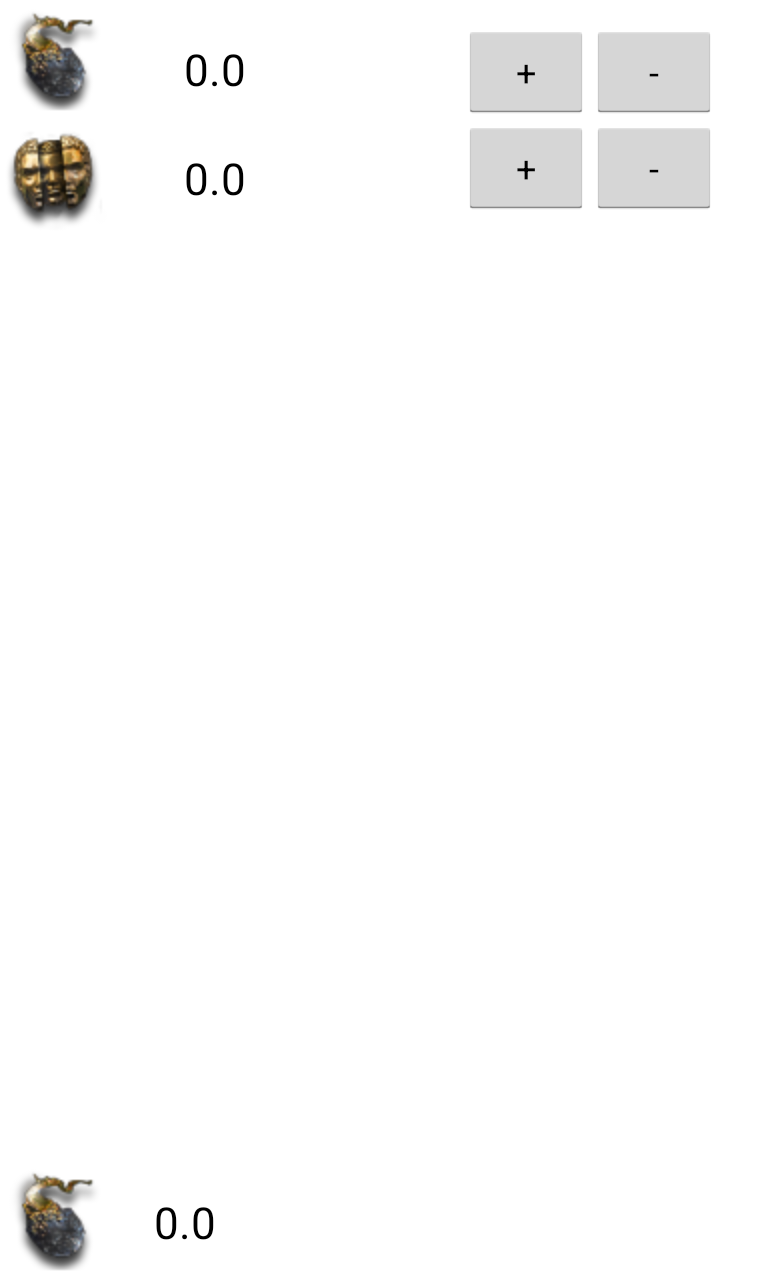
Repository: erictoddhagen/StartingAndriod
Layout: MyFirstApp/OrbTradeTracker/res/layout/activity_main.xml
An editor plug-in stored every save of this project. The layout is shown before and after a run of saves, followed by the edit.
It is drawn on a 768 x 1280 px phone screen (xhdpi) without system bars, with theme AppTheme; the app's code is not run.

Above is the layout before, as saved 2013-02-03 09:35:56.

After the next 2 saves:
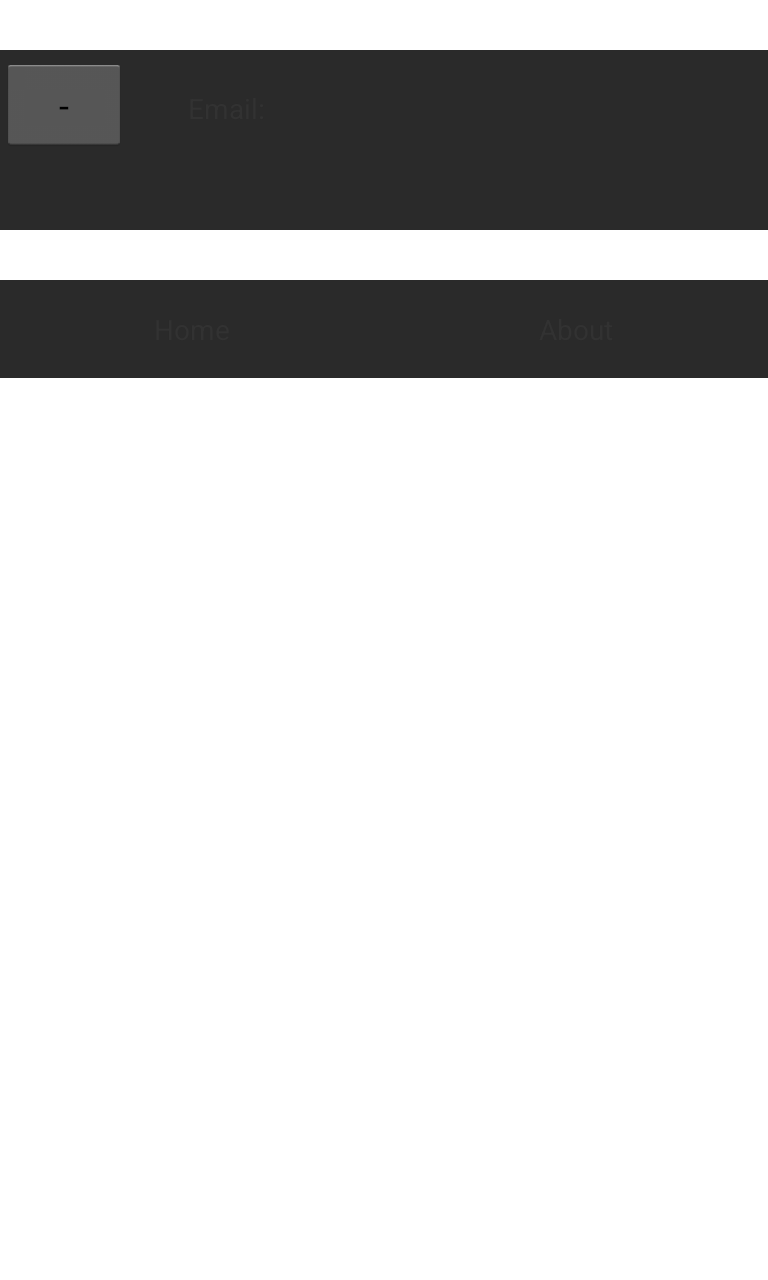
The 2 saves are shown as one change because 1 did not build or start.
The last was saved 10 h 14 min later.
--- a/MyFirstApp/OrbTradeTracker/res/layout/activity_main.xml
+++ b/MyFirstApp/OrbTradeTracker/res/layout/activity_main.xml
@@ -1,60 +1,32 @@
-<RelativeLayout xmlns:android="http://schemas.android.com/apk/res/android"
-    xmlns:tools="http://schemas.android.com/tools"
-    android:layout_width="match_parent"
-    android:layout_height="match_parent"
-    tools:context=".MainActivity" >
+<?xml version="1.0" encoding="utf-8"?>
+<!-- Parent linear layout with vertical orientation -->
+<LinearLayout
+  xmlns:android="http://schemas.android.com/apk/res/android"
+  android:orientation="vertical"
+  android:layout_width="match_parent"
+  android:layout_height="match_parent">
 
-    <ImageView
+  <LinearLayout android:layout_width="fill_parent"
+                      android:layout_height="wrap_content"
+              android:orientation="horizontal" android:background="#2a2a2a"
+              android:layout_marginTop="25dip">
+      <ImageView
         android:id="@+id/imageView1"
-        android:layout_width="wrap_content"
+        android:layout_width="fill_parent"
         android:layout_height="wrap_content"
-        android:layout_alignParentLeft="true"
-        android:layout_alignParentTop="true"
+        android:padding="15dip" android:layout_weight="2" android:gravity="center"
         android:src="@drawable/alchemy" />
 
-    <ImageView
-        android:id="@+id/imageView2"
-        android:layout_width="wrap_content"
-        android:layout_height="wrap_content"
-        android:layout_alignParentBottom="true"
-        android:layout_alignParentLeft="true"
-        android:src="@drawable/alchemy" />
-
-    <ImageView
-        android:id="@+id/imageView3"
-        android:layout_width="wrap_content"
-        android:layout_height="wrap_content"
-        android:layout_alignParentLeft="true"
-        android:layout_below="@+id/imageView1"
-        android:src="@drawable/chaos" />
 
     <Button
-        android:id="@+id/chaosButtonAdd"
-        android:layout_width="wrap_content"
+        android:id="@+id/alchButtonAdd"
+        android:layout_width="fill_parent"
         android:layout_height="wrap_content"
-        android:layout_alignLeft="@+id/alchButtonAdd"
-        android:layout_below="@+id/alchButtonAdd"
-        android:text="+" />
+        android:padding="15dip"
+        android:layout_weight="1"
+        android:gravity="center"
+        android:text="-" />
 
-    <TextView
-        android:id="@+id/alchTextView"
-        android:layout_width="wrap_content"
-        android:layout_height="wrap_content"
-        android:layout_alignBaseline="@+id/alchButtonAdd"
-        android:layout_alignBottom="@+id/alchButtonAdd"
-        android:layout_marginLeft="37dp"
-        android:layout_toRightOf="@+id/imageView1"
-        android:text="0.0"
-        android:textAppearance="?android:attr/textAppearanceLarge" />
-
-    <Button
-        android:id="@+id/chaosButtonSub"
-        android:layout_width="wrap_content"
-        android:layout_height="wrap_content"
-        android:layout_alignBaseline="@+id/chaosButtonAdd"
-        android:layout_alignBottom="@+id/chaosButtonAdd"
-        android:layout_toRightOf="@+id/chaosButtonAdd"
-        android:text="-" />
 
     <Button
         android:id="@+id/alchButtonSub"
@@ -64,34 +36,32 @@
         android:layout_alignParentRight="true"
         android:layout_marginRight="25dp"
         android:text="-" />
+  <TextView android:layout_width="fill_parent" android:layout_height="wrap_content"
+            android:text="Email:" android:padding="5dip"/>
 
-    <TextView
-        android:id="@+id/chaosTextView"
-        android:layout_width="wrap_content"
-        android:layout_height="wrap_content"
-        android:layout_alignLeft="@+id/alchTextView"
-        android:layout_alignTop="@+id/imageView3"
-        android:layout_marginTop="14dp"
-        android:text="0.0"
-        android:textAppearance="?android:attr/textAppearanceLarge" />
+  <EditText android:layout_width="fill_parent" android:layout_height="wrap_content"
+            android:layout_marginBottom="10dip"/>
 
-    <Button
-        android:id="@+id/alchButtonAdd"
-        android:layout_width="wrap_content"
-        android:layout_height="wrap_content"
-        android:layout_alignBottom="@+id/imageView1"
-        android:layout_toLeftOf="@+id/alchButtonSub"
-        android:text="+" />
+  <Button android:layout_width="fill_parent" android:layout_height="wrap_content"
+            android:text="Login"/>
 
-    <TextView
-        android:id="@+id/Total"
-        android:layout_width="wrap_content"
-        android:layout_height="wrap_content"
-        android:layout_alignRight="@+id/chaosTextView"
-        android:layout_alignTop="@+id/imageView2"
-        android:layout_marginRight="15dp"
-        android:layout_marginTop="16dp"
-        android:text="0.0"
-        android:textAppearance="?android:attr/textAppearanceLarge" />
+  </LinearLayout>
 
-</RelativeLayout>
+
+  <!-- Child linear layout with horizontal orientation -->
+  <LinearLayout android:layout_width="fill_parent"
+                      android:layout_height="wrap_content"
+              android:orientation="horizontal" android:background="#2a2a2a"
+              android:layout_marginTop="25dip">
+
+  <TextView android:layout_width="fill_parent" android:layout_height="wrap_content"
+         android:text="Home" android:padding="15dip" android:layout_weight="1"
+         android:gravity="center"/>
+
+  <TextView android:layout_width="fill_parent" android:layout_height="wrap_content"
+         android:text="About" android:padding="15dip" android:layout_weight="1"
+         android:gravity="center"/>
+
+  </LinearLayout>
+
+</LinearLayout>
